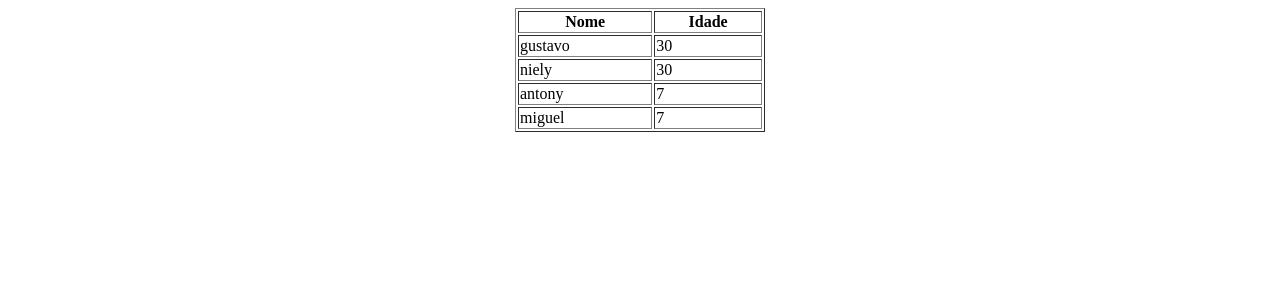
Repository: gustavotwist/html-css
Page: tabl.html
The author's editor kept a copy of each file at every save. The page is drawn from the files as they stood at one save, then again after a run of saves.
The browser window is 1280 px wide. The pictures show the whole page.

Above is the page before, as saved 2024-04-27 19:55:09.

### tabl.html
<!DOCTYPE html>
<html lang="pt-br">
<head>
    <meta charset="UTF-8">
    <meta name="viewport" content="width=device-width, initial-scale=1.0">
    <title>tabelas</title>
</head>
<body>
    <table border="1" width="250"  align="center">
        <thead>
            <tr>
                <th>Nome</th>
                <th>Idade</th>
            </tr>
        </thead>


        <tbody>
            <tr>
                <td>gustavo</td>
                <td>30</td>
            </tr>
            <tr>
                <td>niely</td>
                <td>30</td>
            </tr>
            <tr>
                <td>antony</td>
                <td>7</td>
            </tr>
            <tr>
                <td>miguel</td>
                <td>7</td>
            </tr>
        </tbody>

    </table>



</body>
</html>

After the next 8 saves:
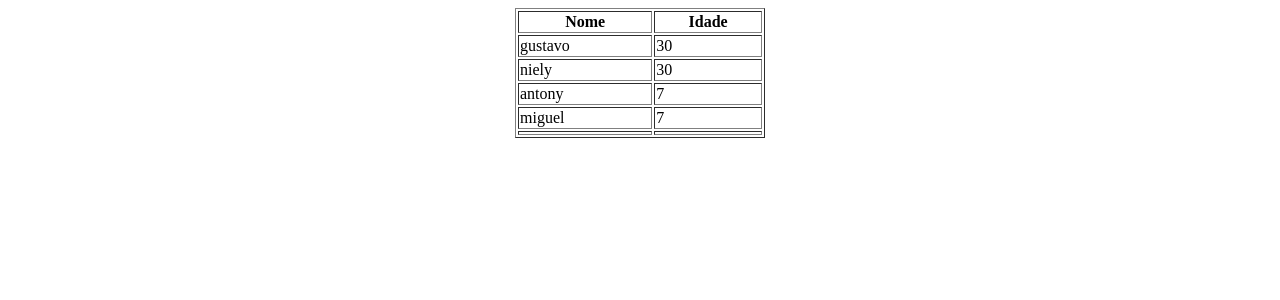
The 8 saves are shown as one change because they came seconds apart.
The last was saved 23 s later.
--- a/tabl.html
+++ b/tabl.html
@@ -33,7 +33,12 @@
                 <td>7</td>
             </tr>
         </tbody>
-
+        <tfoot>
+            <tr>
+                <td></td>
+                <td></td>
+            </tr>
+        </tfoot>
     </table>
 
 
